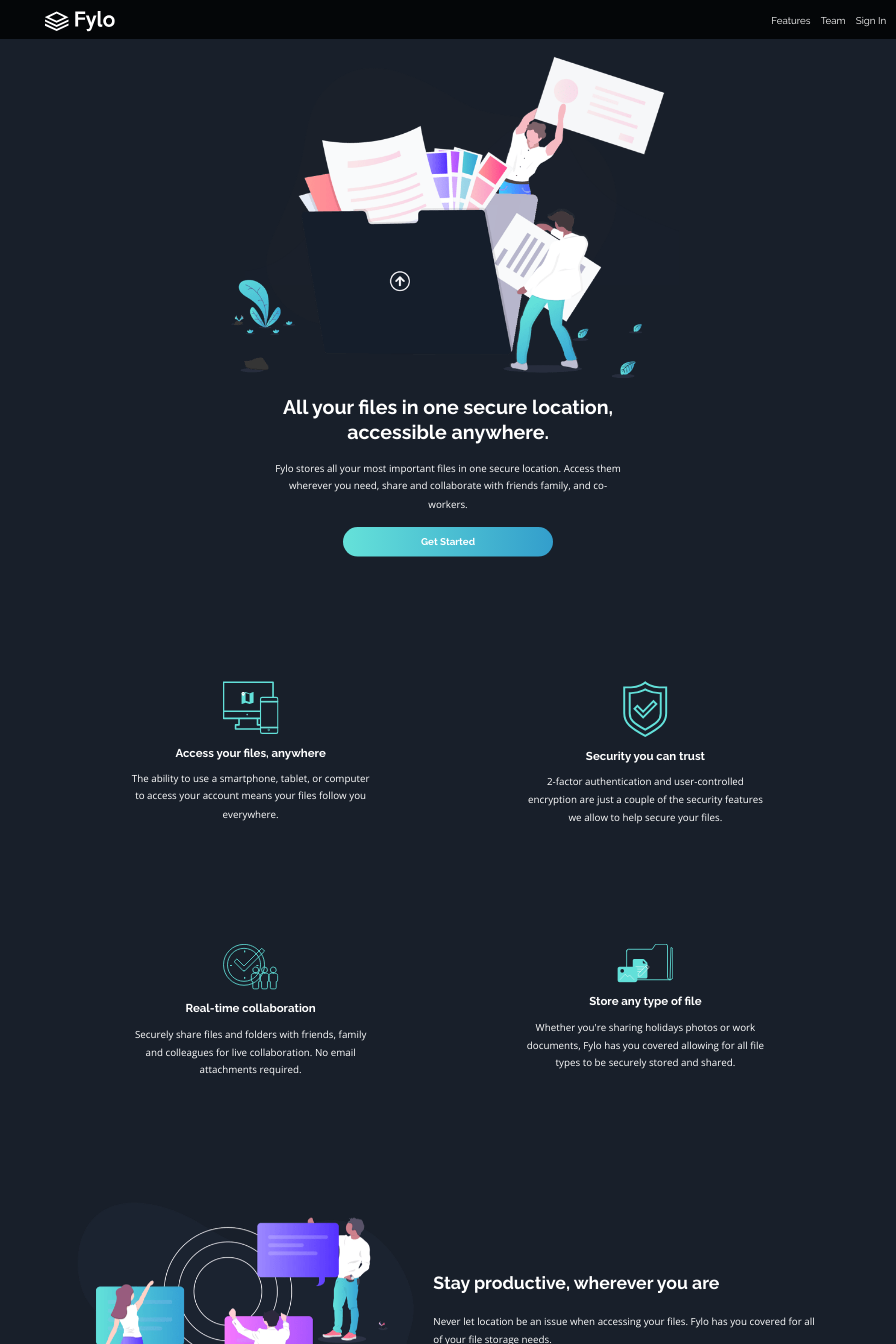
Repository: Pedrohamoura-Git/fylo-landing-page
Page: index.html
These files come from the project's save history. The page is drawn as it stood at one moment and after the next save; the edit follows.
The browser window is 1280 px wide. The pictures show the part of the page from y = 0 to 1920 px (the page is 3396 px tall before and 3240 px after), at 70% of full size.

Above is the page before, as saved 2021-07-12 07:53:19.

After the next save:
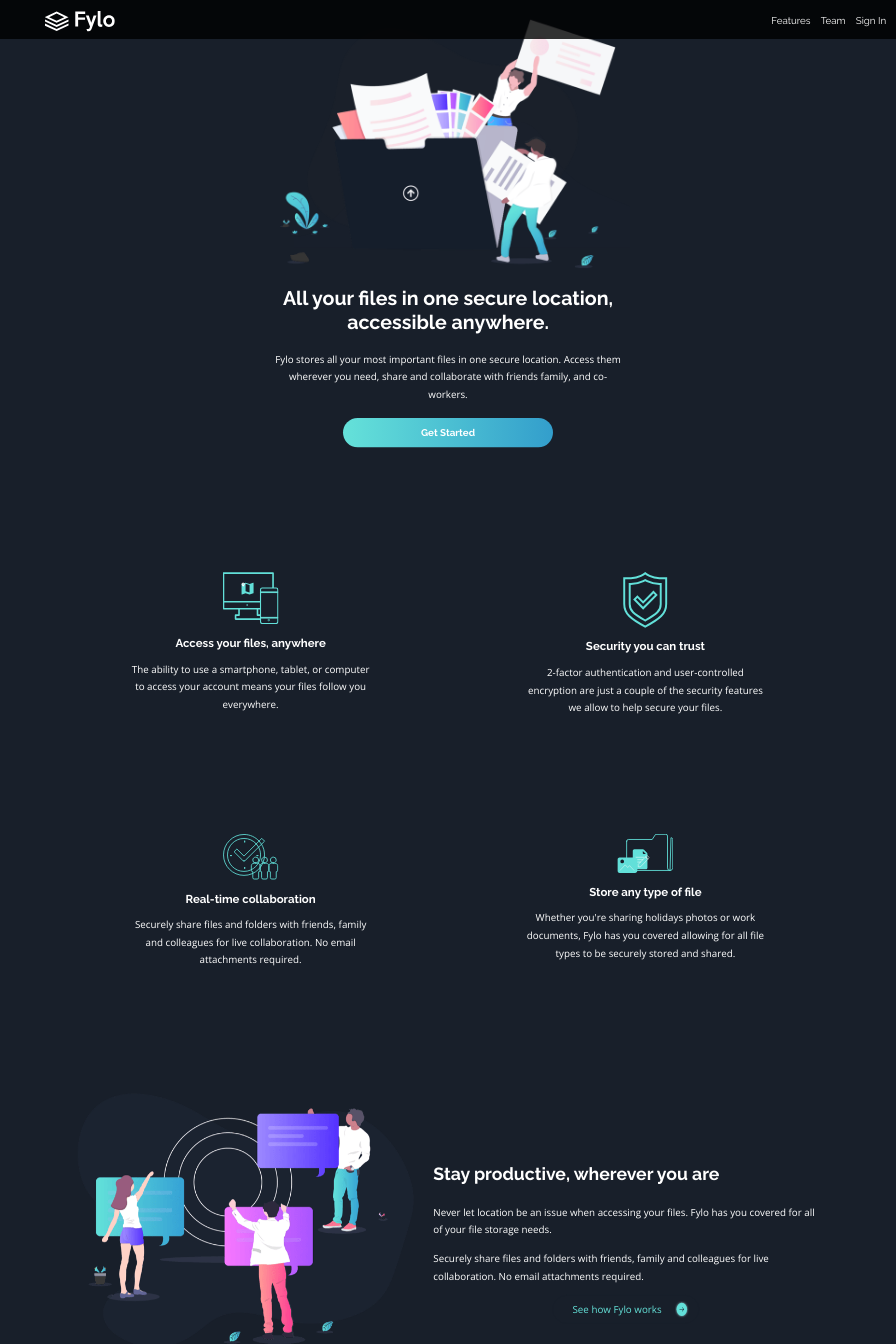
Saved 38 min 21 s later.
--- a/css/style.css
+++ b/css/style.css
@@ -160,8 +160,9 @@
         }
 
         #intro img {
+            max-height: 400px;
             width: 100%;
-            /* max-width: 480px; */
+            max-width: 480px;
         }
 
         #intro h1 {

After the 2 saves that followed:
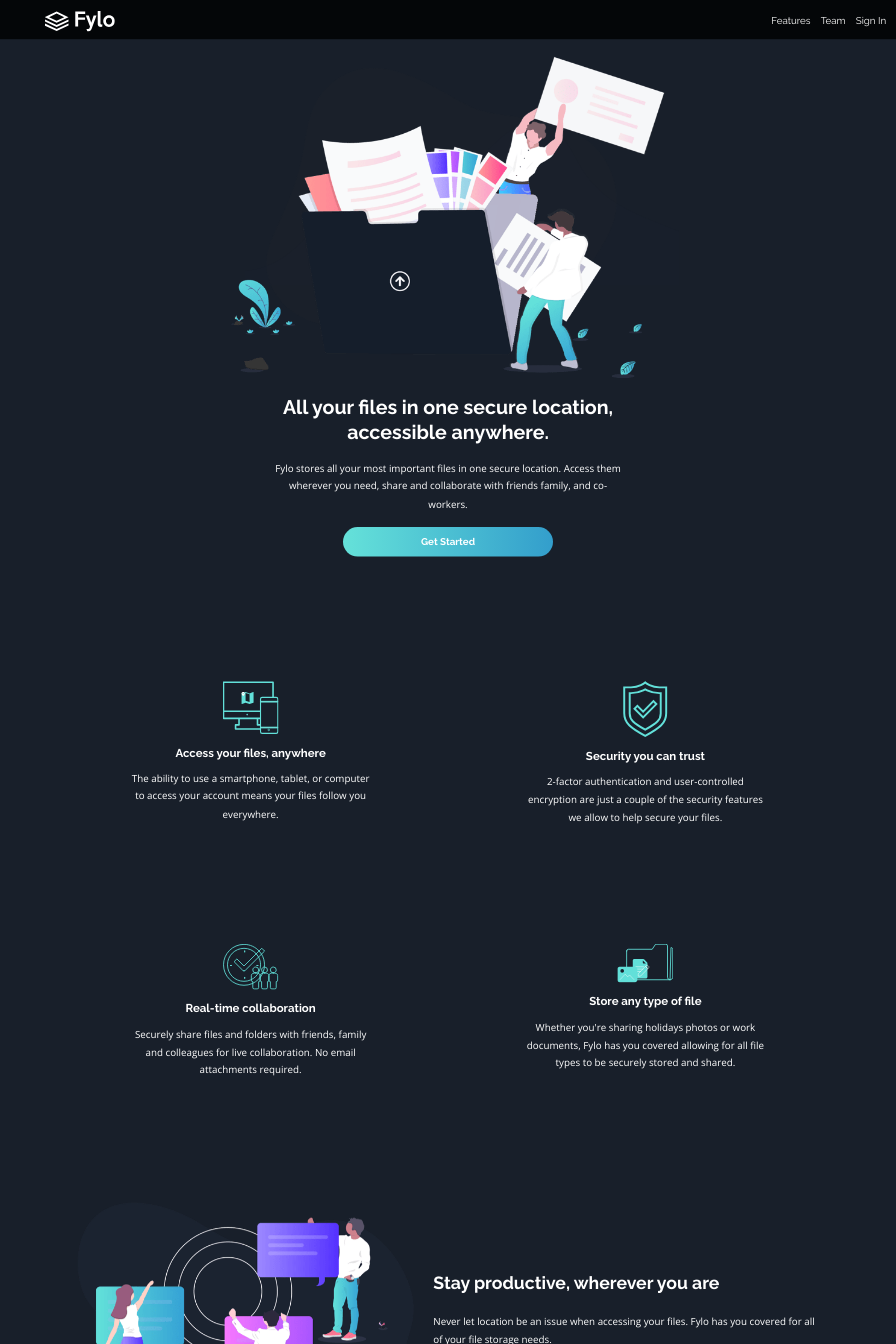
The 2 saves are shown as one change because 1 left the picture as it was.
The last was saved 22 s later.
--- a/css/style.css
+++ b/css/style.css
@@ -160,9 +160,9 @@
         }
 
         #intro img {
-            max-height: 400px;
+            max-height: 500px;
             width: 100%;
-            max-width: 480px;
+            /* max-width: 480px; */
         }
 
         #intro h1 {
